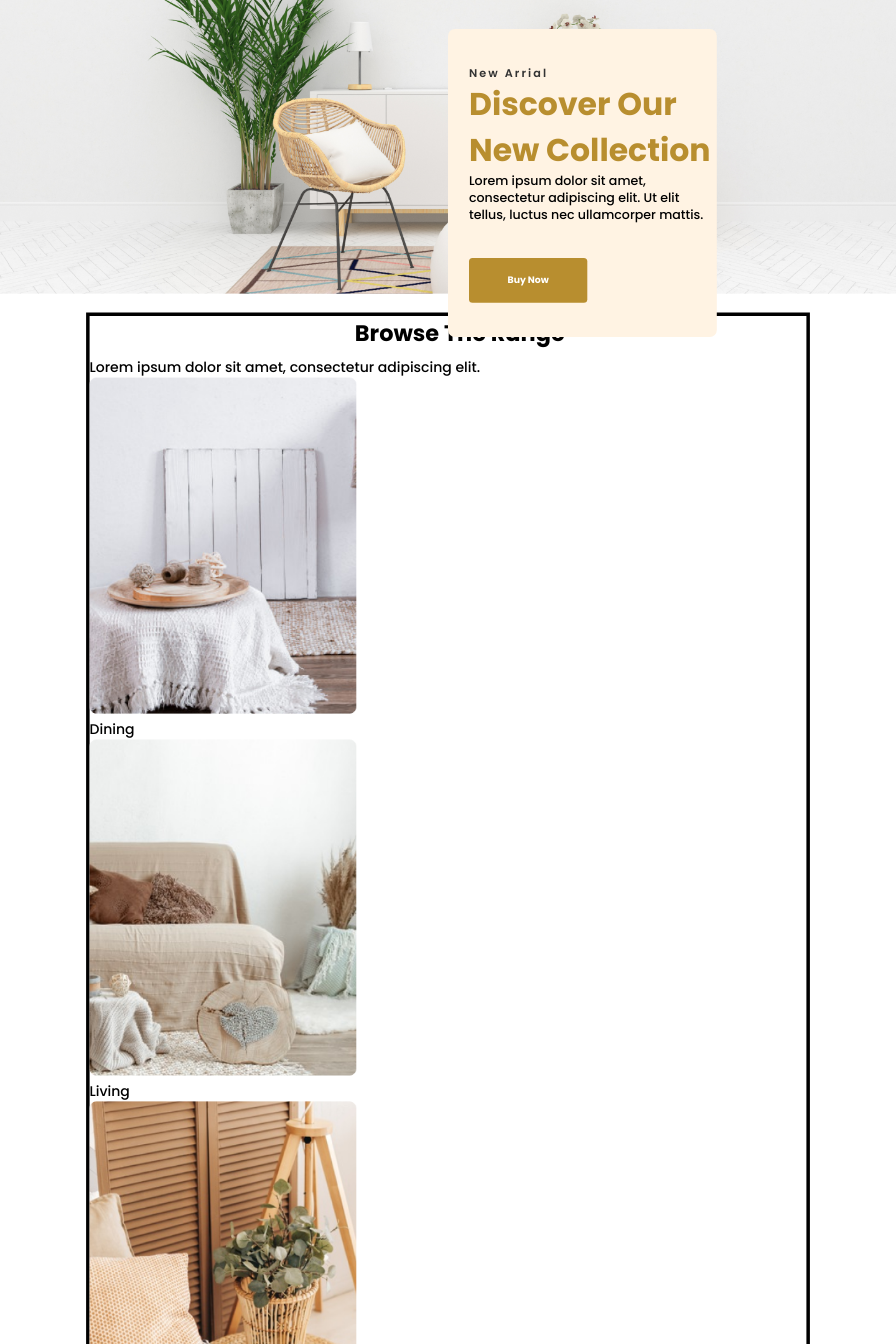
Repository: DT2301/project
Page: index.html
These files come from the project's save history. The page is drawn as it stood at one moment and after the next save; the edit follows.
The browser window is 1280 px wide. The pictures show the part of the page from y = 319 to 2239 px (the page is 2434 px tall), at 70% of full size.
A picture or video elsewhere on the page could not be fetched, so the positions and the page height are approximate.

Above is the page before, as saved 2024-01-07 10:31:34.

After the next save:
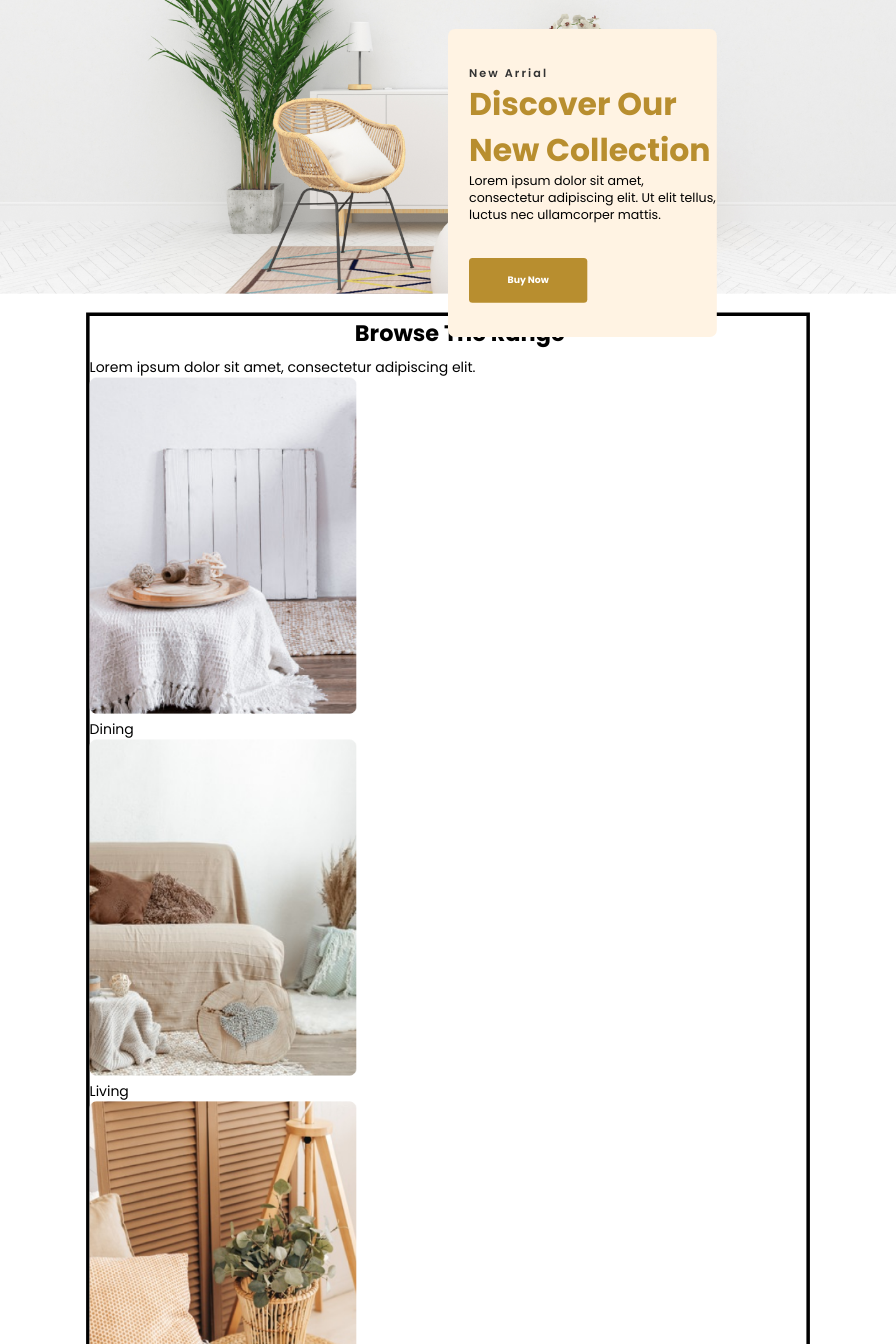
Saved 36 s later.
--- a/index.html
+++ b/index.html
@@ -7,7 +7,8 @@
     <title>Document</title>
     <link rel="preconnect" href="https://fonts.googleapis.com">
     <link rel="preconnect" href="https://fonts.gstatic.com" crossorigin>
-    <link href="https://fonts.googleapis.com/css2?family=Poppins:ital,wght@0,500;0,600;0,700;1,600;1,700&display=swap"
+    <link
+        href="https://fonts.googleapis.com/css2?family=Poppins:ital,wght@0,400;0,500;0,600;0,700;1,400;1,600;1,700&display=swap"
         rel="stylesheet">
     <link rel="stylesheet" href="style.css">
 </head>
